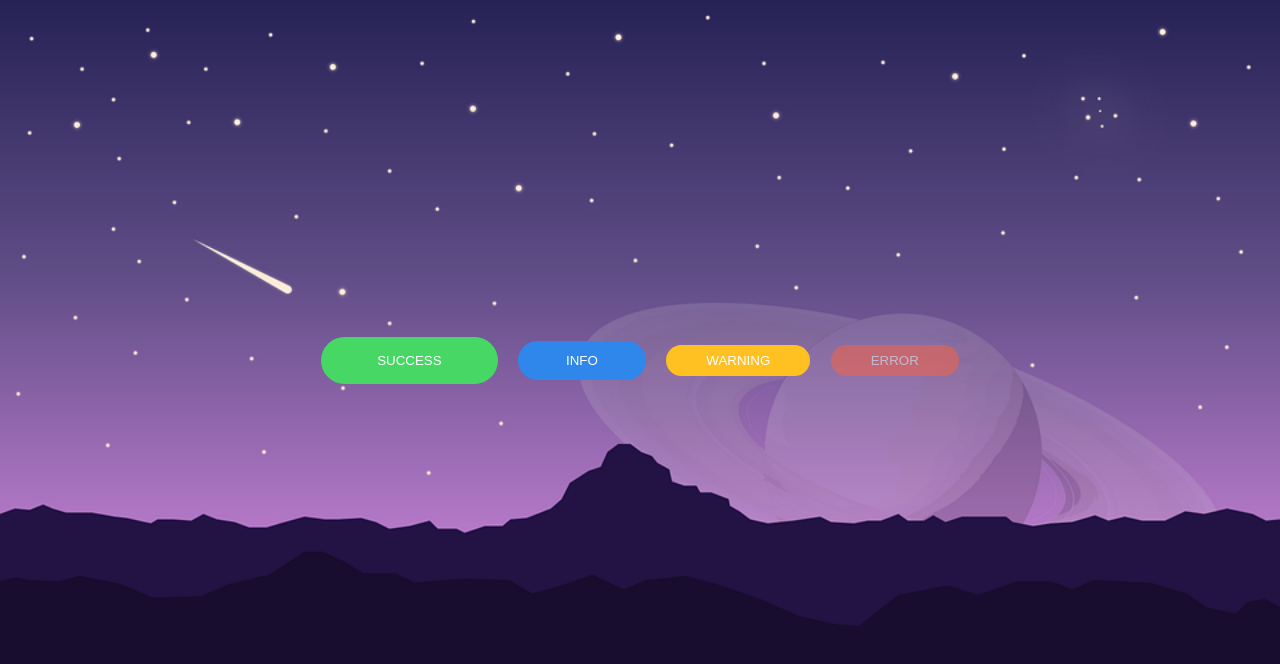
Repository: hoangtranduchai/toast-message
Page: index.html
These files come from the project's save history. The page is drawn as it stood at one moment and after the next save; the edit follows.
The browser window is 1280 px wide. The pictures show the whole page.
Some web libraries are served in a nearby version.

Above is the page before, as saved 2021-08-18 17:02:28.

After the next save:
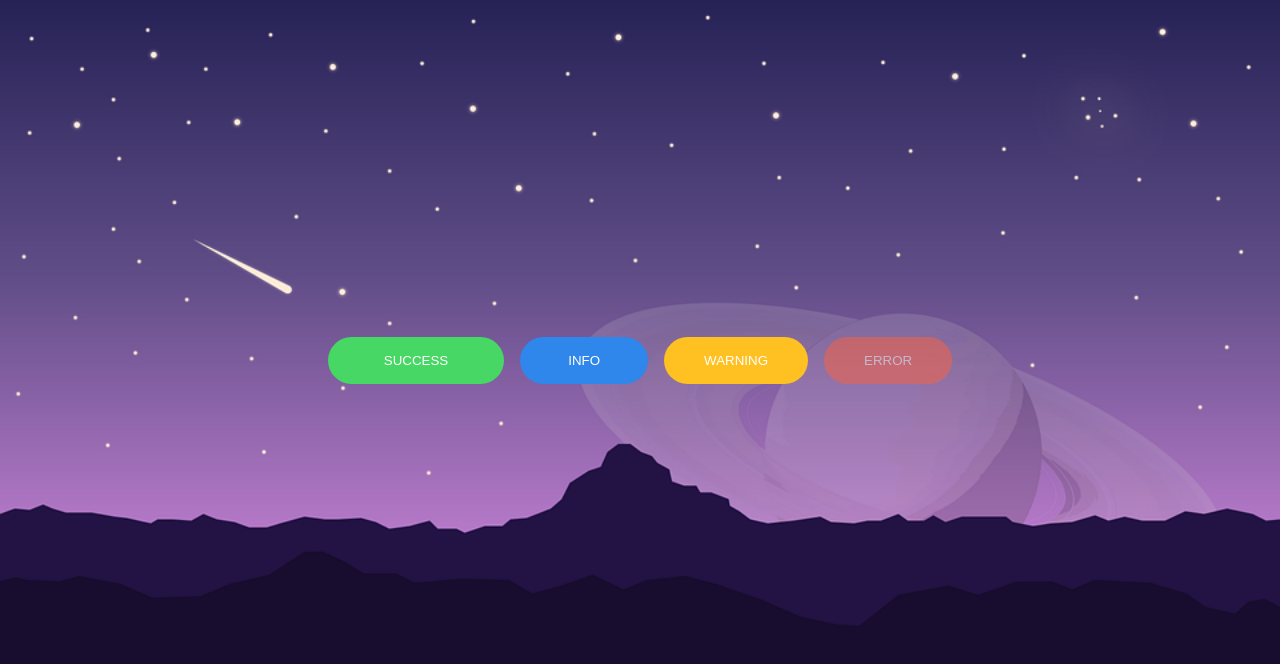
Saved 52 s later.
--- a/assets/css/style.css
+++ b/assets/css/style.css
@@ -17,6 +17,12 @@
 }
 
 /* Button */
+.button {
+  width: 100%;
+  display: flex;
+  justify-content: space-around;
+}
+
 .btn {
   display: inline-block;
   text-decoration: none;

After the save that followed:
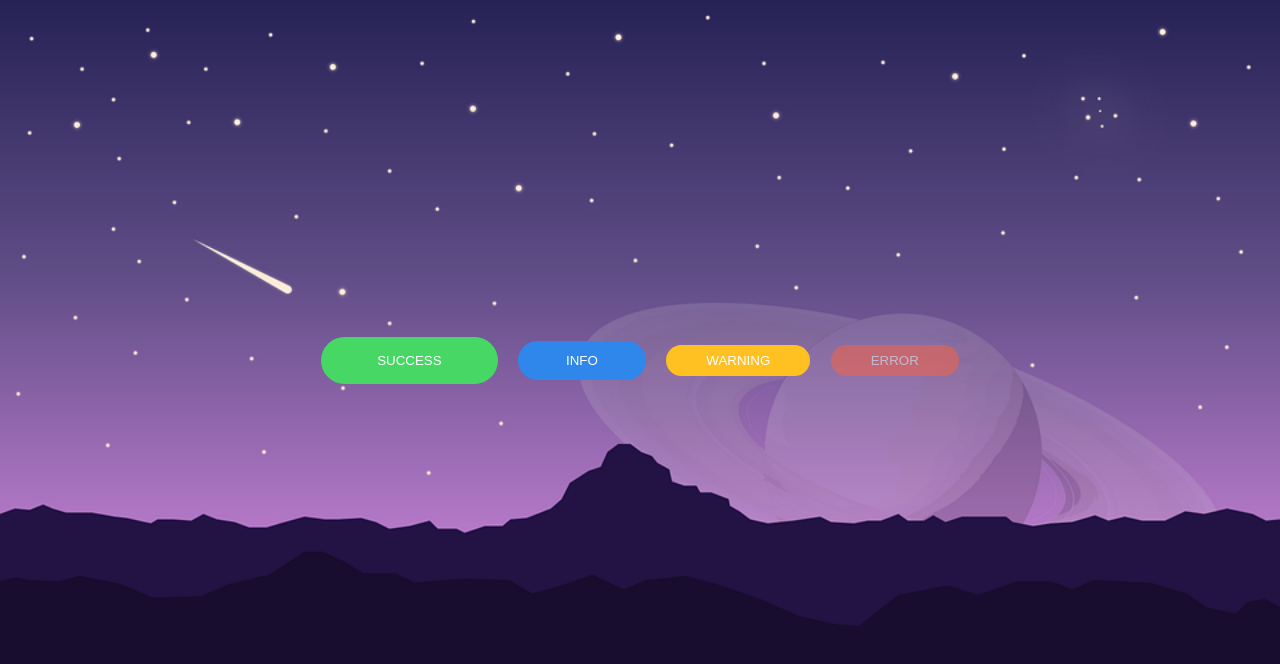
Saved 32 s later.
--- a/assets/css/style.css
+++ b/assets/css/style.css
@@ -17,11 +17,6 @@
 }
 
 /* Button */
-.button {
-  width: 100%;
-  display: flex;
-  justify-content: space-around;
-}
 
 .btn {
   display: inline-block;
